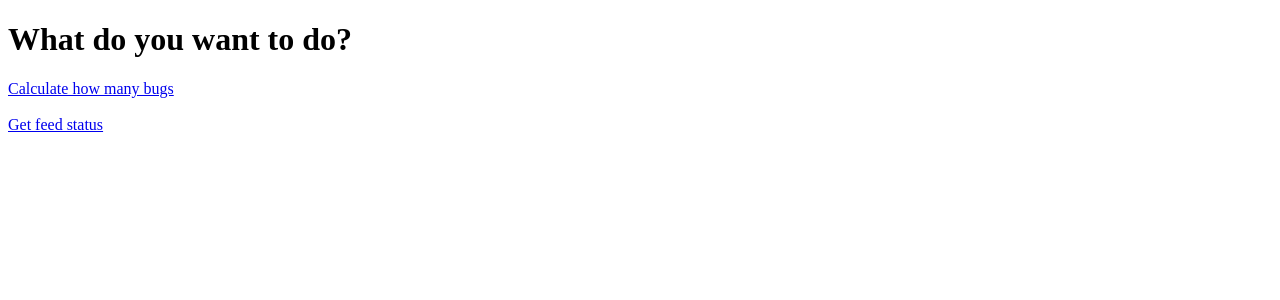
Repository: champloo2/JSPServeletCIS175
Page: http://localhost/TFeeder/
These files come from the project's save history. The page is drawn as it stood at one moment and after the next save; the edit follows.
The browser window is 1280 px wide. The pictures show the whole page.
The page is served by Tomcat 9.

Above is the page before, as saved 2020-02-12 05:42:12.

After the next save:
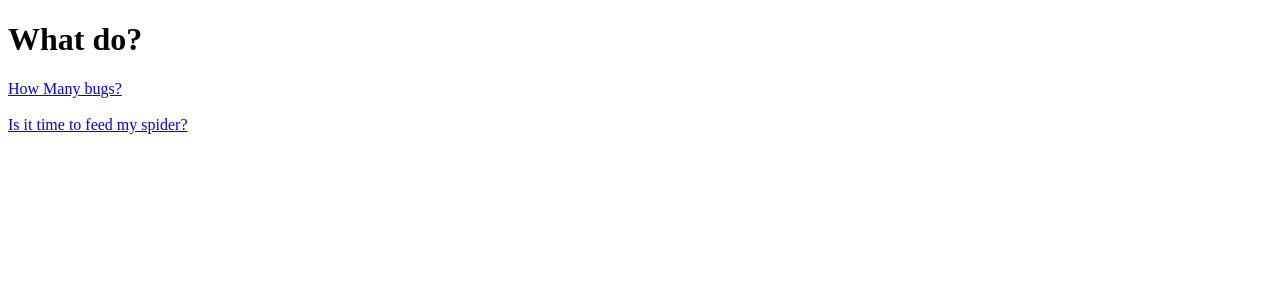
Saved 3 min 35 s later.
--- a/TFeeder/WebContent/index.jsp
+++ b/TFeeder/WebContent/index.jsp
@@ -7,8 +7,8 @@
 <title>Welcome to the T Feeder</title>
 </head>
 <body>
-<h1>What do you want to do?</h1>
-<a href="bugCalc.jsp">Calculate how many bugs</a><br /><br />
-<a href="status.jsp">Get feed status</a>
+<h1>What do?</h1>
+<a href="bugCalc.jsp">How Many bugs?</a><br /><br />
+<a href="status.jsp">Is it time to feed my spider?</a>
 </body>
 </html>
